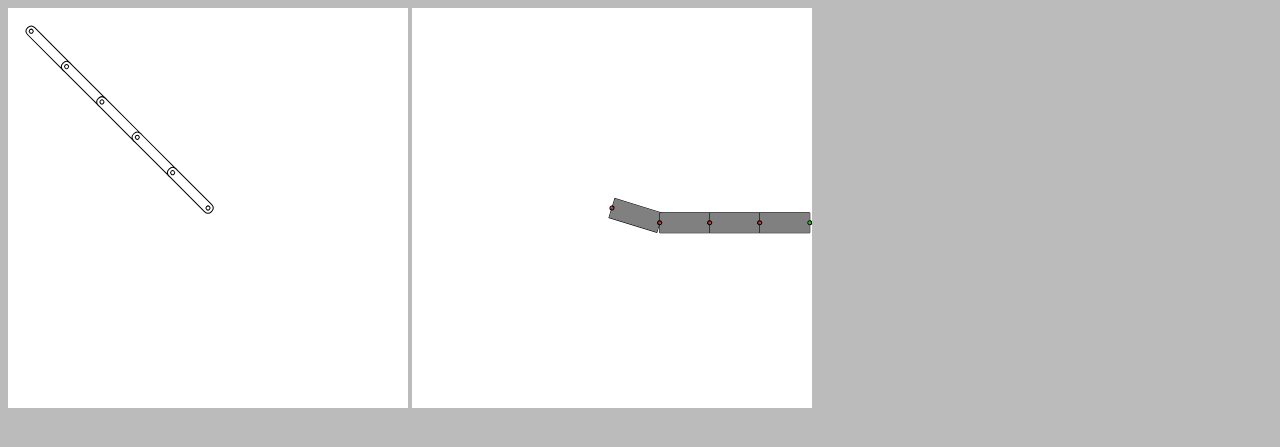
Repository: WebRTCGame/Kinematics-Character
Page: msr.html
The author's editor kept a record of every edit. The page is drawn from the files as they stood at one moment, then again after the next edit.
The browser window is 1280 px wide. The pictures show the whole page.

Above is the page before.

### msr.html
<!doctype html>
<html>

<head>
  <meta charset="utf-8">

  <link rel="stylesheet" href="./css/style.css">
</head>

<body>

  <canvas id="canvas" width="400" height="400"></canvas>
  <canvas id="canvas2" width="400" height="400"></canvas>


  <script src="../js/utils.js"></script>
  <script src="./js/segment.js"></script>
  <script src="./js/bone.js"></script>
  <script src="./js/renderer.js"></script>
  <script>
    document.addEventListener("DOMContentLoaded", function() {
      console.log("loaded");

      var bone = new Bone("fred");
      //bone.x = 200;
      //bone.y = 200;
      //bone.rotation = Math.PI;

      bone.addChild(new Bone("angel")).addChild(new Bone("meeow")).addChild(new Bone("meeow2"));
      //bone.children.get("angel").addChild(new Bone("meeow"));
      //bone.getChild("angel").addChild(new Bone("aa1")).addChild(new Bone("aa2")).addChild(new Bone("aa3"));
      //bone.addChild(new Bone("wilma")).addChild(new Bone("fart"));
      bone.log();
      bone.translate(200, 200);
      var canvas2 = document.getElementById('canvas2'),
        context2 = canvas2.getContext('2d');
      bone.draw(context2);
      bone.forKeysR(function(val) {
        console.log("xxx: " + val);
      });
      var canvas = document.getElementById('canvas'),
        context = canvas.getContext('2d'),
        mouse = utils.captureMouse(canvas),
        segments = [],
        numSegments = 5,
        target;

      while (numSegments--) {
        segments.push(new Segment(50, 10));
      }

      //center the last one
      segments[segments.length - 1].x = canvas.width / 2;
      segments[segments.length - 1].y = canvas.height / 2;

      function reach(segment, xpos, ypos) {
        var dx = xpos - segment.x,
          dy = ypos - segment.y;
        segment.rotation = Math.atan2(dy, dx);
        var w = segment.getPin().x - segment.x,
          h = segment.getPin().y - segment.y;
        return {
          x: xpos - w,
          y: ypos - h
        };
      }

      function position(segmentA, segmentB) {
        segmentA.x = segmentB.getPin().x;
        segmentA.y = segmentB.getPin().y;
      }

      function move(segment, i) {
        if (i !== 0) {
          target = reach(segment, target.x, target.y);
          position(segments[i - 1], segment);
        }
      }

      function draw(segment) {
        segment.draw(context);
      }

      function drawFrame() {
        window.requestAnimationFrame(drawFrame, canvas);
        context.clearRect(0, 0, canvas.width, canvas.height);

        target = reach(segments[0], mouse.x, mouse.y);
        segments.forEach(move);

        segments.forEach(draw);

        context2.clearRect(0, 0, canvas2.width, canvas2.height);

        bone.draw(context2);
        bone.rotation += 0.001;
        bone.pinChildren();
      };
      drawFrame();
    })
  </script>
</body>

</html>

### css/style.css
/* Some HTML5 Tags
 */

aside, footer, header, nav, section {
  display: block;
}

/* Examples
 */

body {
  background-color: #bbb;
  color: #383838;
}

#canvas {
  background-color: #fff;
}
#canvas2 {
  background-color: #fff;
}

header {
  padding-bottom: 10px;
}

header a {
  color: #30f;
  text-decoration: none;
}

aside {
  padding-top: 6px;
}

/* Index page
 */

#index-body {
  background-color: #fdeba1;
  font-family: "Vollkorn", serif;
  color: #000;
}

#index-body a {
  text-decoration: none;
  color: #b30300;
}

#index-body #description, #index-body #exercises {
  overflow: auto;
  max-width: 900px;
  margin: 0px auto 20px auto;
  padding-left: 15px;
  padding-bottom: 15px;
  background-color: #fff;
  border-radius: 15px;
}

#index-body #description {
  margin-top: 40px;
}

#index-body h1 {
  color: #b30300;
}

#index-body #description h2 {
  margin-bottom: 0;
}

#index-body h1 a {
  text-decoration: underline;
  color: #b30300;
}

#index-body li h2, #index-body li h3, #index-body li h4 {
  color: #000;
}

#index-body li h3 {
  margin-bottom: 0px;
}

#index-body #description ul {
  margin: 0;
  padding: 0;
  list-style-type: none;
}

#index-body #description ul li {
 padding-bottom: 0.6em;
}
.container {
  display: table;
  width: 100%;
  height: auto;
}
.container .text {
    display:table-cell;
    height:100%;
    vertical-align:middle;
}
.container img {
  padding: 0 20px;
  display: block;
  float: right;
}
.container .clear {
  clear: both;
}

#exercises ul {
  margin: 0;
  padding: 4px 20px 10px 20px;
}

#exercises ol {
  margin: 0 20px 10px 0;
  padding: 0;
  list-style-type: none;
}

#exercises ol li {
  padding-top: 5px;
}

#exercises ol ol ol {
  padding-left: 60px;
  list-style-type: decimal-leading-zero;
}

#exercises ol ol ol li img, #exercises ol ol li img {
  margin-left: 4px;
  margin-bottom: -10;
}

#exercises h2 {
  margin: 10px 0 0 0;
}

### js/utils.js
/**
 * Normalize the browser animation API across implementations. This requests
 * the browser to schedule a repaint of the window for the next animation frame.
 * Checks for cross-browser support, and, failing to find it, falls back to setTimeout.
 * @param {function}    callback  Function to call when it's time to update your animation for the next repaint.
 * @param {HTMLElement} element   Optional parameter specifying the element that visually bounds the entire animation.
 * @return {number} Animation frame request.
 */
if (!window.requestAnimationFrame) {
  window.requestAnimationFrame = (window.webkitRequestAnimationFrame ||
                                  window.mozRequestAnimationFrame ||
                                  window.msRequestAnimationFrame ||
                                  window.oRequestAnimationFrame ||
                                  function (callback) {
                                    return window.setTimeout(callback, 17 /*~ 1000/60*/);
                                  });
}

/**
 * ERRATA: 'cancelRequestAnimationFrame' renamed to 'cancelAnimationFrame' to reflect an update to the W3C Animation-Timing Spec.
 *
 * Cancels an animation frame request.
 * Checks for cross-browser support, falls back to clearTimeout.
 * @param {number}  Animation frame request.
 */
if (!window.cancelAnimationFrame) {
  window.cancelAnimationFrame = (window.cancelRequestAnimationFrame ||
                                 window.webkitCancelAnimationFrame || window.webkitCancelRequestAnimationFrame ||
                                 window.mozCancelAnimationFrame || window.mozCancelRequestAnimationFrame ||
                                 window.msCancelAnimationFrame || window.msCancelRequestAnimationFrame ||
                                 window.oCancelAnimationFrame || window.oCancelRequestAnimationFrame ||
                                 window.clearTimeout);
}

/* Object that contains our utility functions.
 * Attached to the window object which acts as the global namespace.
 */
window.utils = {};

/**
 * Keeps track of the current mouse position, relative to an element.
 * @param {HTMLElement} element
 * @return {object} Contains properties: x, y, event
 */
window.utils.captureMouse = function (element) {
  var mouse = {x: 0, y: 0, event: null},
      body_scrollLeft = document.body.scrollLeft,
      element_scrollLeft = document.documentElement.scrollLeft,
      body_scrollTop = document.body.scrollTop,
      element_scrollTop = document.documentElement.scrollTop,
      offsetLeft = element.offsetLeft,
      offsetTop = element.offsetTop;

  element.addEventListener('mousemove', function (event) {
    var x, y;

    if (event.pageX || event.pageY) {
      x = event.pageX;
      y = event.pageY;
    } else {
      x = event.clientX + body_scrollLeft + element_scrollLeft;
      y = event.clientY + body_scrollTop + element_scrollTop;
    }
    x -= offsetLeft;
    y -= offsetTop;

    mouse.x = x;
    mouse.y = y;
    mouse.event = event;
  }, false);

  return mouse;
};

/**
 * Keeps track of the current (first) touch position, relative to an element.
 * @param {HTMLElement} element
 * @return {object} Contains properties: x, y, isPressed, event
 */
window.utils.captureTouch = function (element) {
  var touch = {x: null, y: null, isPressed: false, event: null},
      body_scrollLeft = document.body.scrollLeft,
      element_scrollLeft = document.documentElement.scrollLeft,
      body_scrollTop = document.body.scrollTop,
      element_scrollTop = document.documentElement.scrollTop,
      offsetLeft = element.offsetLeft,
      offsetTop = element.offsetTop;

  element.addEventListener('touchstart', function (event) {
    touch.isPressed = true;
    touch.event = event;
  }, false);

  element.addEventListener('touchend', function (event) {
    touch.isPressed = false;
    touch.x = null;
    touch.y = null;
    touch.event = event;
  }, false);

  element.addEventListener('touchmove', function (event) {
    var x, y,
        touch_event = event.touches[0]; //first touch

    if (touch_event.pageX || touch_event.pageY) {
      x = touch_event.pageX;
      y = touch_event.pageY;
    } else {
      x = touch_event.clientX + body_scrollLeft + element_scrollLeft;
      y = touch_event.clientY + body_scrollTop + element_scrollTop;
    }
    x -= offsetLeft;
    y -= offsetTop;

    touch.x = x;
    touch.y = y;
    touch.event = event;
  }, false);

  return touch;
};

/**
 * Returns a color in the format: '#RRGGBB', or as a hex number if specified.
 * @param {number|string} color
 * @param {boolean=}      toNumber=false  Return color as a hex number.
 * @return {string|number}
 */
window.utils.parseColor = function (color, toNumber) {
  if (toNumber === true) {
    if (typeof color === 'number') {
      return (color | 0); //chop off decimal
    }
    if (typeof color === 'string' && color[0] === '#') {
      color = color.slice(1);
    }
    return window.parseInt(color, 16);
  } else {
    if (typeof color === 'number') {
      color = '#' + ('00000' + (color | 0).toString(16)).substr(-6); //pad
    }
    return color;
  }
};

/**
 * Converts a color to the RGB string format: 'rgb(r,g,b)' or 'rgba(r,g,b,a)'
 * @param {number|string} color
 * @param {number}        alpha
 * @return {string}
 */
window.utils.colorToRGB = function (color, alpha) {
  //number in octal format or string prefixed with #
  if (typeof color === 'string' && color[0] === '#') {
    color = window.parseInt(color.slice(1), 16);
  }
  alpha = (alpha === undefined) ? 1 : alpha;
  //parse hex values
  var r = color >> 16 & 0xff,
      g = color >> 8 & 0xff,
      b = color & 0xff,
      a = (alpha < 0) ? 0 : ((alpha > 1) ? 1 : alpha);
  //only use 'rgba' if needed
  if (a === 1) {
    return "rgb("+ r +","+ g +","+ b +")";
  } else {
    return "rgba("+ r +","+ g +","+ b +","+ a +")";
  }
};

/**
 * Determine if a rectangle contains the coordinates (x,y) within it's boundaries.
 * @param {object}  rect  Object with properties: x, y, width, height.
 * @param {number}  x     Coordinate position x.
 * @param {number}  y     Coordinate position y.
 * @return {boolean}
 */
window.utils.containsPoint = function (rect, x, y) {
  return !(x < rect.x ||
           x > rect.x + rect.width ||
           y < rect.y ||
           y > rect.y + rect.height);
};

/**
 * Determine if two rectangles overlap.
 * @param {object}  rectA Object with properties: x, y, width, height.
 * @param {object}  rectB Object with properties: x, y, width, height.
 * @return {boolean}
 */
window.utils.intersects = function (rectA, rectB) {
  return !(rectA.x + rectA.width < rectB.x ||
           rectB.x + rectB.width < rectA.x ||
           rectA.y + rectA.height < rectB.y ||
           rectB.y + rectB.height < rectA.y);
};

window.utils.generateUUID = function() {
    var d = new Date().getTime();
    var uuid = 'xxxxxxxx-xxxx-4xxx-yxxx-xxxxxxxxxxxx'.replace(/[xy]/g, function(c) {
        var r = (d + Math.random()*16)%16 | 0;
        d = Math.floor(d/16);
        return (c=='x' ? r : (r&0x3|0x8)).toString(16);
    });
    return uuid;
};

### js/segment.js
function Segment (width, height, color) {
  this.x = 0;
  this.y = 0;
  this.width = width;
  this.height = height;
  this.vx = 0;
  this.vy = 0;
  this.rotation = 0;
  this.scaleX = 1;
  this.scaleY = 1;
  this.color = (color === undefined) ? "#ffffff" : utils.parseColor(color);
  this.lineWidth = 1;
}

Segment.prototype.draw = function (context) {
  var h = this.height,
      d = this.width + h, //top-right diagonal
      cr = h / 2;         //corner radius
  context.save();
  context.translate(this.x, this.y);
  context.rotate(this.rotation);
  context.scale(this.scaleX, this.scaleY);
  context.lineWidth = this.lineWidth;
  context.fillStyle = this.color;
  context.beginPath();
  context.moveTo(0, -cr);
  context.lineTo(d-2*cr, -cr);
  context.quadraticCurveTo(-cr+d, -cr, -cr+d, 0);
  context.lineTo(-cr+d, h-2*cr);
  context.quadraticCurveTo(-cr+d, -cr+h, d-2*cr, -cr+h);
  context.lineTo(0, -cr+h);
  context.quadraticCurveTo(-cr, -cr+h, -cr, h-2*cr);
  context.lineTo(-cr, 0);
  context.quadraticCurveTo(-cr, -cr, 0, -cr);
  context.closePath();
  context.fill();
  if (this.lineWidth > 0) {
    context.stroke();
  }
  //draw the 2 "pins"
  context.beginPath();
  context.arc(0, 0, 2, 0, (Math.PI * 2), true);
  context.closePath();
  context.stroke();

  context.beginPath();
  context.arc(this.width, 0, 2, 0, (Math.PI * 2), true);
  context.closePath();
  context.stroke();

  context.restore();
};

Segment.prototype.getPin = function () {
  return {
    x: this.x + Math.cos(this.rotation) * this.width,
    y: this.y + Math.sin(this.rotation) * this.width
  };
};

### js/bone.js
function Bone(name, zIndex) {
    if (name === undefined) {
        this.name = window.utils.generateUUID();
    }
    else {
        this.name = name;
    }

    this.children = new Map();

    this.parent = undefined;
    this.x = 0;
    this.y = 0;
    this.girth = 20;
    this.length = 50;
    this.vx = 0;
    this.vy = 0;
    this.rotation = 0;
    this.scaleX = 1;
    this.scaleY = 1;
    this.zIndex = zIndex || 0;
    return this;
};
Bone.prototype.isRoot = function() {
    return this.parent === undefined;
};
Bone.prototype.has = function(childName) {
    return this.children.has(childName);
};
Bone.prototype.pinX = function() {
    return this.x + Math.cos(this.rotation) * this.length;
};
Bone.prototype.pinY = function() {
    return this.y + Math.sin(this.rotation) * this.length;
};
Bone.prototype.getPin = function() {
    return {
        x: this.pinX(),
        y: this.pinY()
    };
};
Bone.prototype.addChild = function(child) {
    this.children.set(child.name, child);
    var tbone = this.children.get(child.name);
    tbone.parent = this;
    //console.log("added " + tbone.name + " to " + this.name + " Size: " + this.children.size);
    tbone.x = this.pinX();
    tbone.y = this.pinY();
    return tbone;
};
Bone.prototype.getChildren = function() {
    return this.children;
};
Bone.prototype.getChild = function(childName) {
    'use strict';
    if(this.name === childName){return this;}
    if (this.children.has(childName)) {
        return this.children.get(childName);
    }
    else {
        var retBone = undefined;
        if (this.children.has(childName)) {
            return this.children.get(childName);
        }
        else {
            this.children.forEach(function(value, key, map) {
                console.log("V: " + value + " K: " + key + " M: " + JSON.stringify(map));
                map.forEach(function(mvalue, mkey, mmap) {
                    console.log("mV: " + mvalue + " mK: " + mkey + " mM: " + JSON.stringify(mmap));
                })
            })
        }




    }
};
Bone.prototype.test = function(fn){
    this.children.forEach(fn);
};
Bone.prototype.addSibling = function(theBone){
    if (this.parent !== undefined){
        this.parent.addChild(theBone);
    }
    return this;
};
Bone.prototype.getChildrenNames = function() {
    return this.children.keys();
};
Bone.prototype.childExists = function(child_key) {
    return this.children.has(child_key);
};
Bone.prototype.childExistsR = function(child_key) {

    var retval = false;
    this.forKeysR(function(key) {

        if (key === child_key) {
            retval = true;
            return;
        }
    })
    return retval;
};
Bone.prototype.removeChild = function(child_key) {
    this.children.delete(child_key);
    return this;
};
Bone.prototype.removeAll = function() {
    this.children.clear();
    return this;
};
Bone.prototype.forEachChild = function(cbFnc) {
    this.children.forEach(cbFnc, this.children);
};
Bone.prototype.forEachChild2 = function(cbFnc, thisValue) {
    this.children.forEach(cbFnc, thisValue);
};
Bone.prototype.forKeys = function(cbFnc) {
    'use strict';
    for (let key of this.children.keys()) {
        cbFnc(key);
    }
    return this;
};
Bone.prototype.forKeysR = function(cbFnc) {
    'use strict';
    for (let key of this.children.keys()) {
        cbFnc(key);
        this.getChild(key).forKeysR(cbFnc);
    }
    return this;
};

Bone.prototype.forValues = function(cbFnc) {
    'use strict';
    for (let value of this.children.values()) {
        cbFnc(value);
    }
    return this;
};
Bone.prototype.forItems = function(cbFnc) {
    'use strict';
    for (let item of this.children) {
        cbFnc(item[0], item[1]);
    }
};
Bone.prototype.translateChildren = function() {
    for (var child of this.children.values()) {
        child.x = this.pinX();
        child.y = this.pinY();
    }
    return this;
};
Bone.prototype.hasChildren = function() {
    return this.children.size > 0;
};
Bone.prototype.reach = function(xPos, yPos) {
    var dx = xPos - this.x,
        dy = yPos - this.y;
    this.rotation = Math.atan2(dx, dy);
    var w = this.pinX() - this.x,
        h = this.pinY() - this.y;
    return {
        x: xPos - w,
        y: yPos - h
    };
    return this;
}
Bone.prototype.log = function() {
    console.log("--");
    if (this.parent !== undefined) {
        console.log(this.name + " parent: " + this.parent.name);
    }
    else {
        console.log(this.name);
    }

    var self = this;
    self.children.forEach(function(value, key) {
        var a = self.children.get(key);
        a.log();

    }, self.children);
    return this;
};

Bone.prototype.draw = function(ctx) {
    var self = this;

    ctx.save();
    ctx.translate(this.x, this.y);
    ctx.rotate(this.rotation);
    ctx.scale(this.scaleX, this.scaleY);
    ctx.lineWidth = 1;

    ctx.rect(0, 0 - (this.girth / 2), this.length, this.girth);
    ctx.fillStyle = 'rgba(128,128,128,1)';
    ctx.stroke();
    ctx.fill();

    ctx.fillStyle = "rgba(255,0,0,0.5)";
    ctx.beginPath();
    ctx.arc(0, 0, 2, 0, (Math.PI * 2), true);
    ctx.closePath();
    ctx.fill();
    ctx.stroke();


    ctx.fillStyle = "rgba(0,255,0,0.5)";
    ctx.beginPath();
    ctx.arc(this.length, 0, 2, 0, (Math.PI * 2), true);
    ctx.closePath();
    ctx.fill();
    ctx.stroke();
    ctx.restore();



    self.children.forEach(function(value, key) {
        var a = self.children.get(key);
        a.draw(ctx);

    }, self.children);
    return this;
};
Bone.prototype.pinChildren = function() {
    var self = this;

    self.children.forEach(function(value, key) {
        var a = self.children.get(key);
        if (a.parent !== undefined) {
            a.x = a.parent.pinX();
            a.y = a.parent.pinY();
            a.pinChildren();
        }
    }, self.children);
    return this;
};
Bone.prototype.translate = function(x, y) {
    var self = this;
    self.x = x;
    self.y = y;
    self.pinChildren();
    return this;
};
Bone.prototype.rotate = function(radians) {

};

### js/renderer.js
 window.renderer = {
     fps: 30,
     now: 0,
     then: 0,
     fpsInterval: 1000 / this.fps,
     delta: 0,
     canvas: undefined,
     ctx: undefined,
     init: function init(canvasElem /*, width, height */) {
         this.canvas = canvasElem;
         this.then = Date.now();
         this.fpsInterval = 1000 / this.fps;

         //this.canvas.style.height = '800px'; //document.body.clientHeight;
         //this.canvas.style.width = '800px'; //document.body.clientHeight;
         //this.canvas.width = 1600; //width;
         //this.canvas.height = 1600; //height;
         this.ctx = this.canvas.getContext("2d");
     }
 }

 /*
 document.addEventListener("DOMContentLoaded", function() {
    'use strict';
    Sim.renderer.init(document.getElementById("canvas"), 1600, 1600);

    sea.init();

    Sim.renderer.process = function process() {
        'use strict';
        window.requestAnimationFrame(window.renderer.process, window.renderer.canvas);


        window.renderer.now = Date.now();
        window.renderer.delta = window.renderer.now - window.renderer.then;

        if (window.renderer.delta > window.renderer.fpsInterval) {
            window.renderer.ctx.clearRect(0, 0, sea.width, sea.height);
            sea.update();

            window.renderer.then = window.renderer.now - (window.renderer.delta % window.renderer.fpsInterval);


        }

    };

    window.renderer.process();

});
*/

After the next edit:
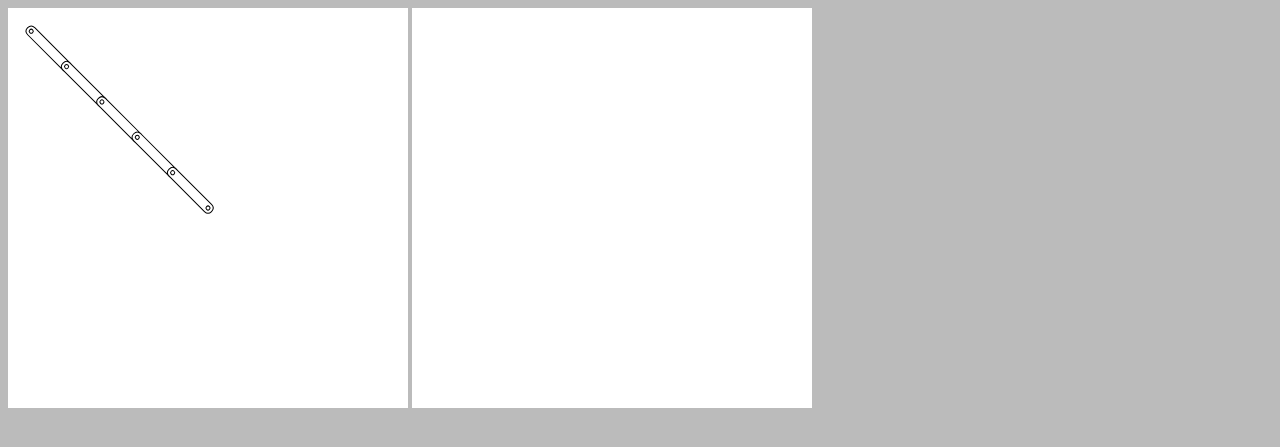
The edit:
--- a/msr.html
+++ b/msr.html
@@ -92,7 +92,7 @@
 
         context2.clearRect(0, 0, canvas2.width, canvas2.height);
 
-        bone.draw(context2);
+
         bone.rotation += 0.001;
         bone.pinChildren();
       };

After the edit that followed:
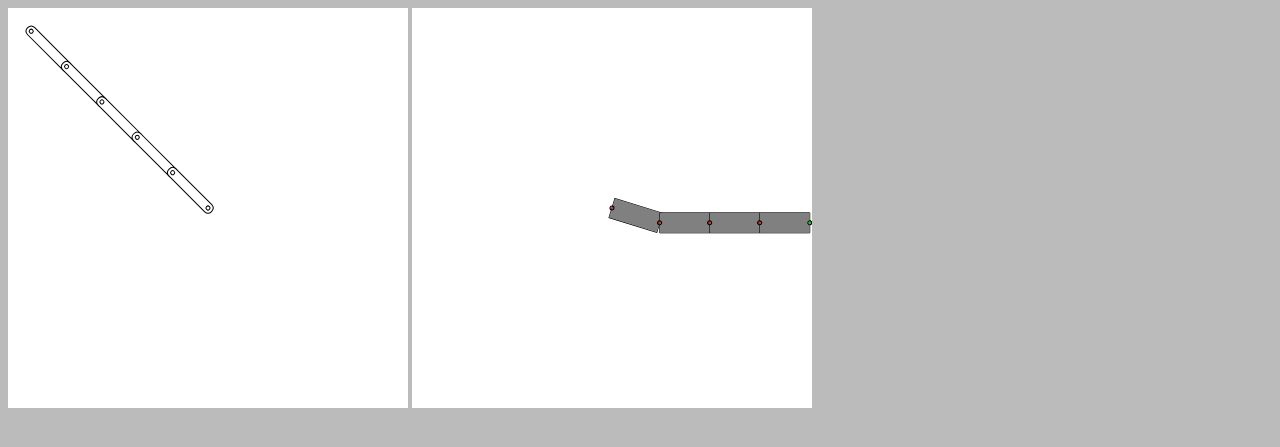
The edit:
--- a/msr.html
+++ b/msr.html
@@ -95,6 +95,8 @@
 
         bone.rotation += 0.001;
         bone.pinChildren();
+
+        bone.draw(context2);
       };
       drawFrame();
     })
